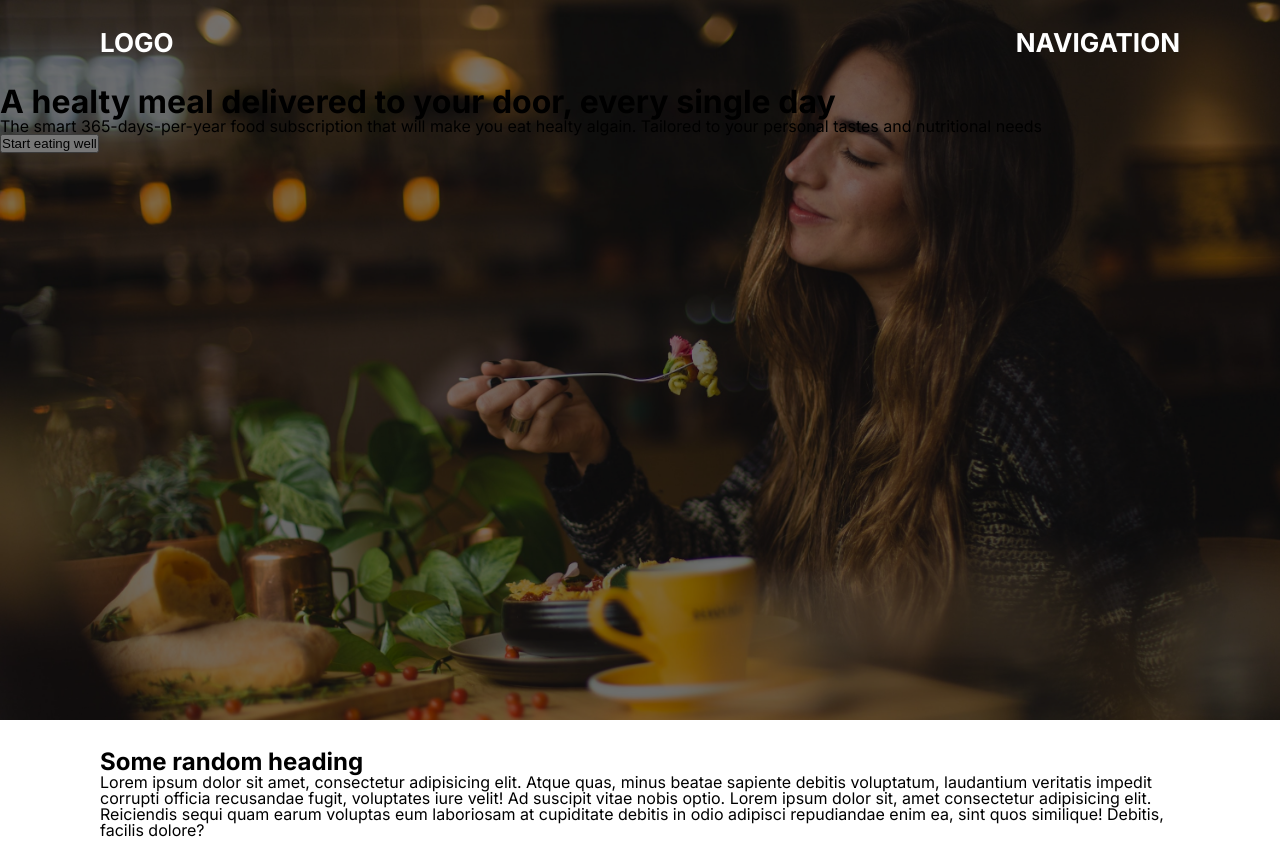
Repository: Ahmed123rezk123/06-Components
Page: hero.html
An editor plug-in stored every save of this project. The page is shown before and after the next save, followed by the edit.
The browser window is 1280 px wide. The pictures show the whole page.

Above is the page before, as saved 2024-09-18 09:16:29.

After the next save:
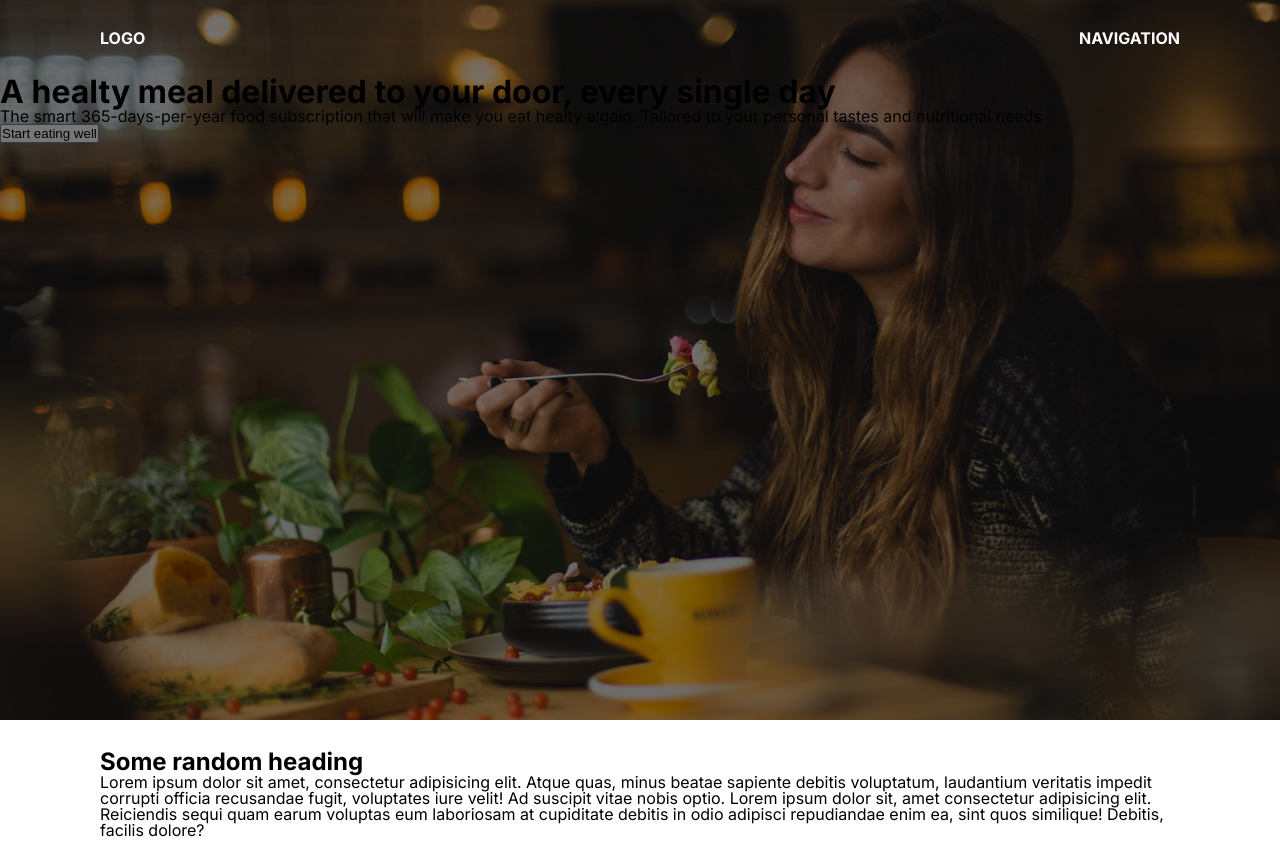
Saved 8 s later.
--- a/hero.html
+++ b/hero.html
@@ -48,7 +48,7 @@
       }
       nav div {
         color: #fff;
-        font-size: 26px;
+        font-size: 16px;
         font-weight: bold;
         text-transform: uppercase;
         z-index: 2;
